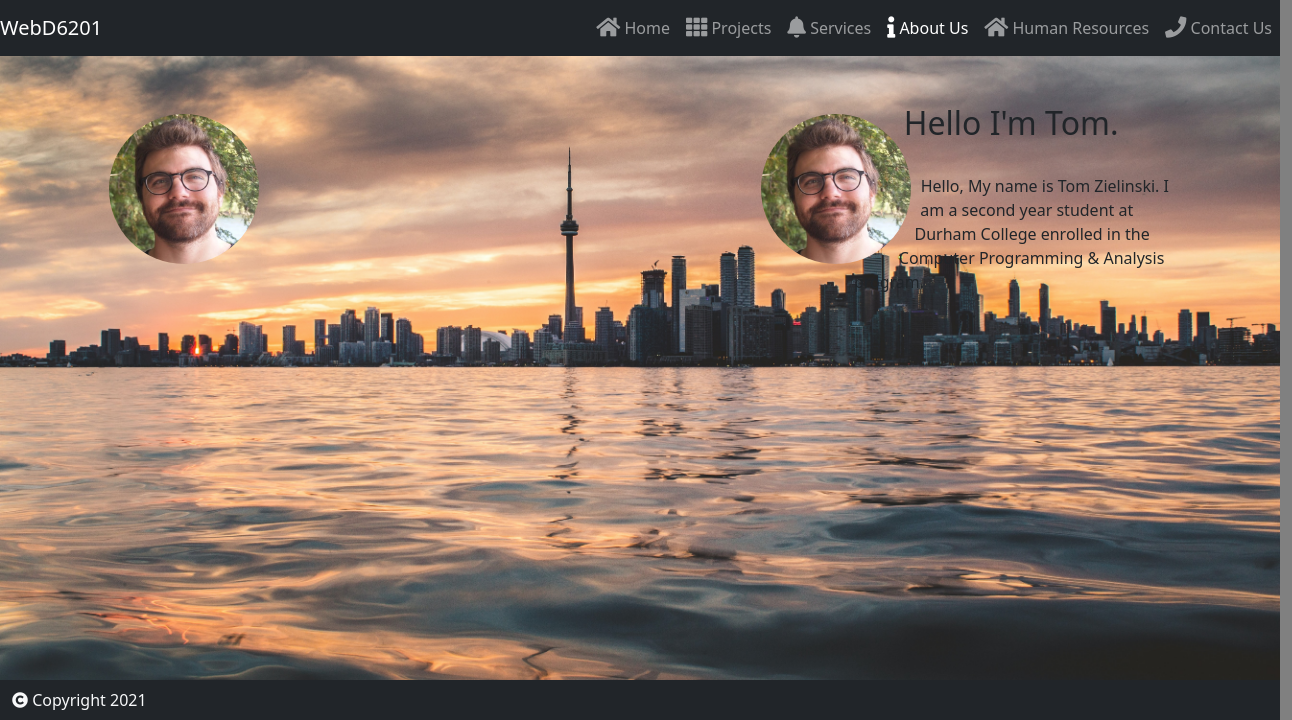
Repository: Tomelinski/Webd6201-Lab02
Page: about.html
The author's editor kept a copy of each file at every save. The page is drawn from the files as they stood at one save, then again after the next save.
The browser window is 1280 px wide. The page is 1292 px wide, so the pictures cover 1292 px, including what lies to the right of the window. The pictures show the whole page.

Above is the page before, as saved 2021-02-05 18:22:05.

After the next save:
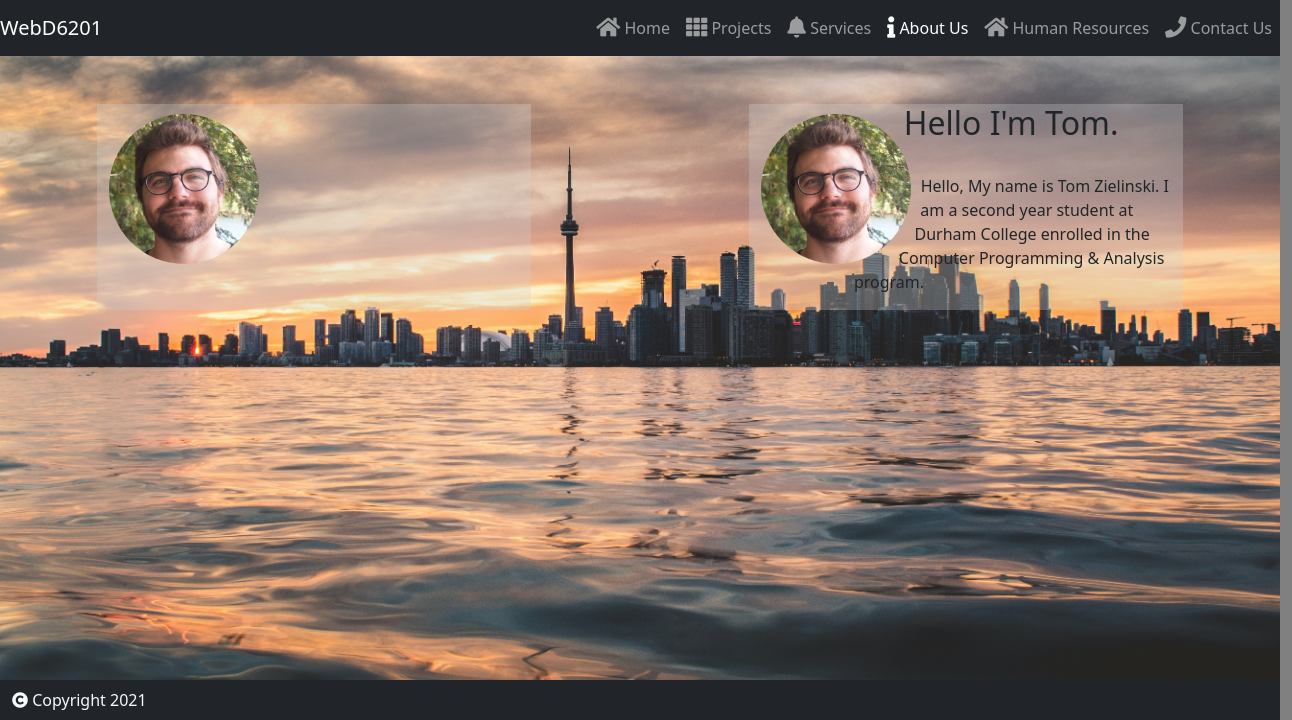
Saved 48 s later.
--- a/Content/app.css
+++ b/Content/app.css
@@ -30,5 +30,6 @@
 }
 
 .about-background{
+    background: rgba(210, 210, 210, 0.3);
 
 }
